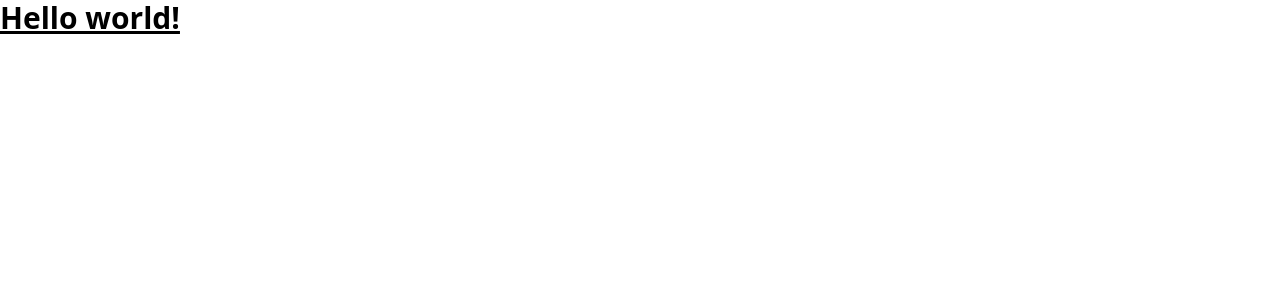
Repository: AfzalHaq61/tailwind-deep
Page: http://localhost/
An editor plug-in stored every save of this project. The page is shown before and after the next save, followed by the edit.
The browser window is 1280 px wide. The pictures show the whole page.
The page is served by the project's Laravel application, run on PHP 8.4 with Laravel 9. Other server files are loaded and not shown. Style sheets and scripts are compiled from the project's sources, by tool versions that may differ from the author's.

Above is the page before, as saved 2022-12-24 17:18:07.

### resources/views/welcome.blade.php
<!doctype html>
<html>
<head>
  <meta charset="utf-8">
  <meta name="viewport" content="width=device-width, initial-scale=1.0">
  @vite('resources/css/app.css')
</head>
<body>
  <h1 class="text-3xl font-bold underline bg-yello-100">
    Hello world!
  </h1>
</body>
</html>

Loaded but not shown: routes/web.php (common file); resources/css/app.css (common file); tailwind.config.js (common file)

After the next save:
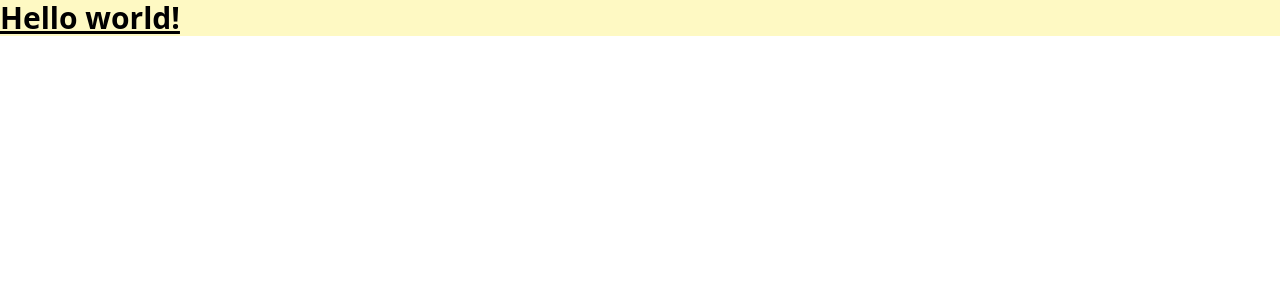
Saved 9 s later.
--- a/resources/views/welcome.blade.php
+++ b/resources/views/welcome.blade.php
@@ -6,7 +6,7 @@
   @vite('resources/css/app.css')
 </head>
 <body>
-  <h1 class="text-3xl font-bold underline bg-yello-100">
+  <h1 class="text-3xl font-bold underline bg-yellow-100">
     Hello world!
   </h1>
 </body>
